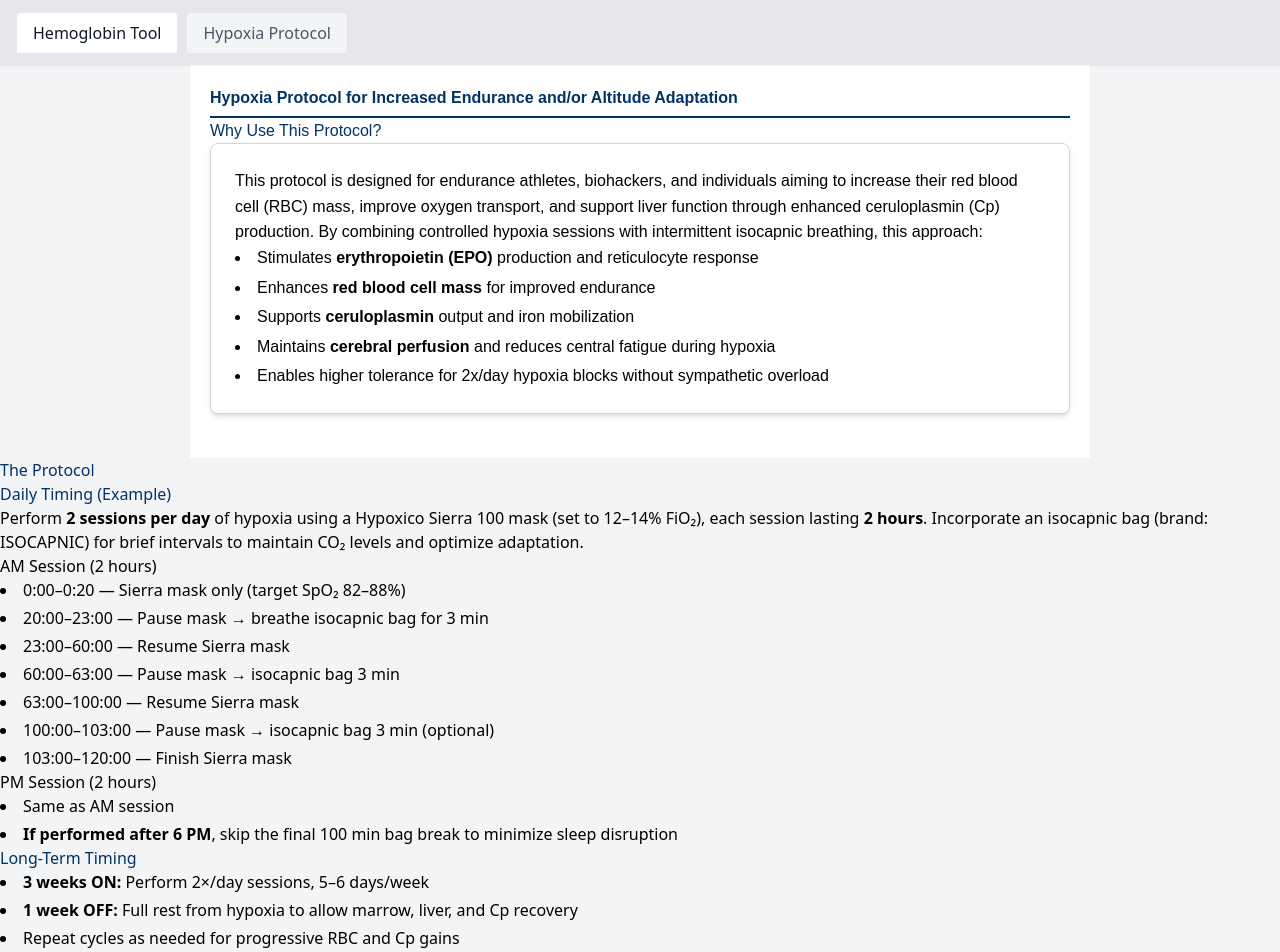
Repository: austenhughes1/hemoglobin_rbc_metrics
Page: hypoxia_protocol.html
An editor plug-in stored every save of this project. The page is shown before and after the next save, followed by the edit.
The browser window is 1280 px wide. The pictures show the part of the page from y = 0 to 952 px (the page is 1200 px tall).
Some web libraries are served in a nearby version.

Above is the page before, as saved 2025-06-25 13:06:57.

After the next save:
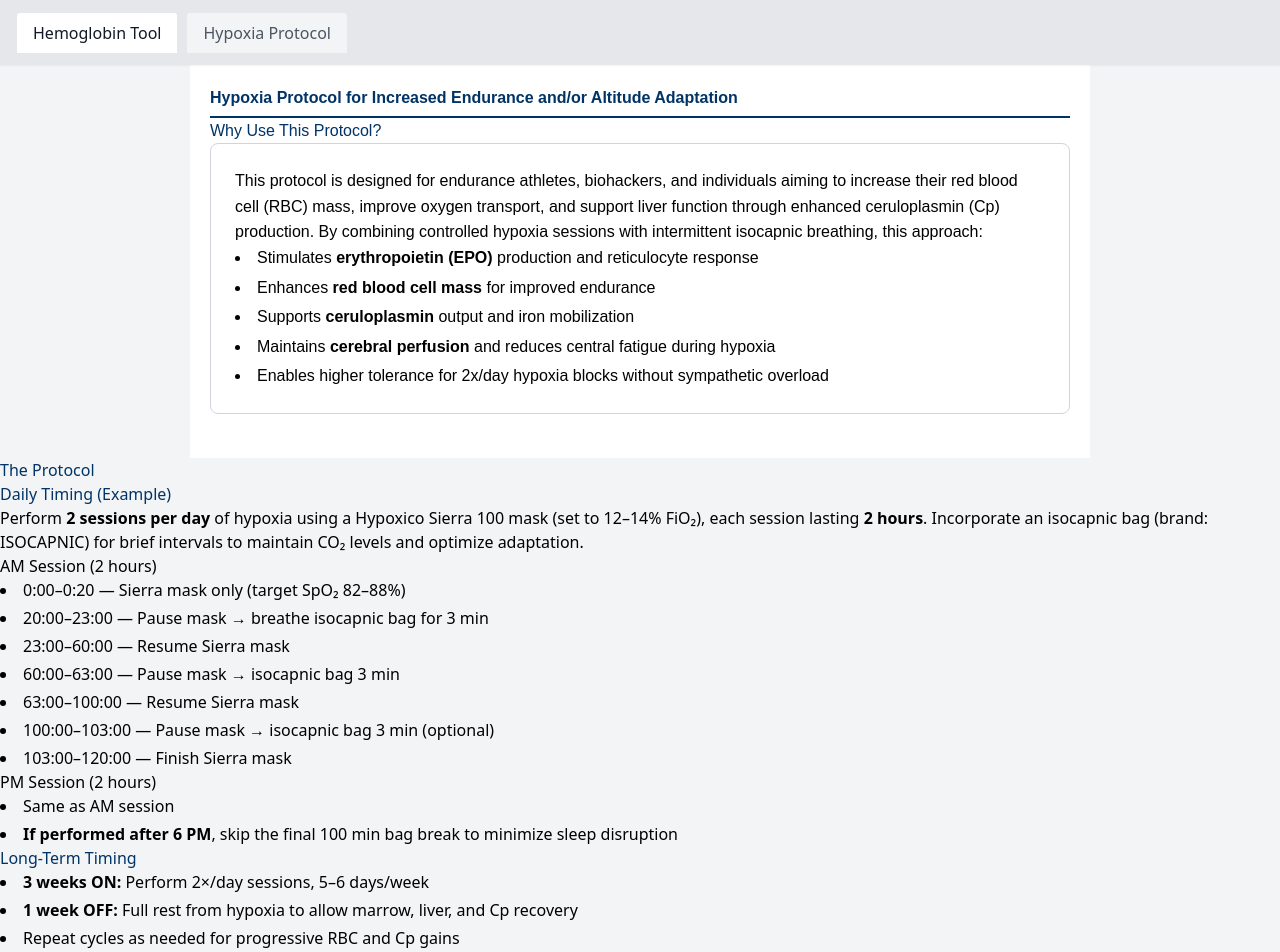
Saved 10 s later.
--- a/hypoxia_protocol.html
+++ b/hypoxia_protocol.html
@@ -45,7 +45,7 @@
     <h1><b>Hypoxia Protocol for Increased Endurance and/or Altitude Adaptation</b></h1>
 
     <h2>Why Use This Protocol?</h2>
-    <section class="border border-gray-300 rounded-lg shadow-md p-6 mb-6 bg-white">
+    <section class="border border-gray-300 rounded-lg p-6 mb-6 bg-white">
         <p>
         This protocol is designed for endurance athletes, biohackers, and individuals aiming to increase their red blood cell (RBC) mass, improve oxygen transport, and support liver function through enhanced ceruloplasmin (Cp) production. By combining controlled hypoxia sessions with intermittent isocapnic breathing, this approach:
         </p>
